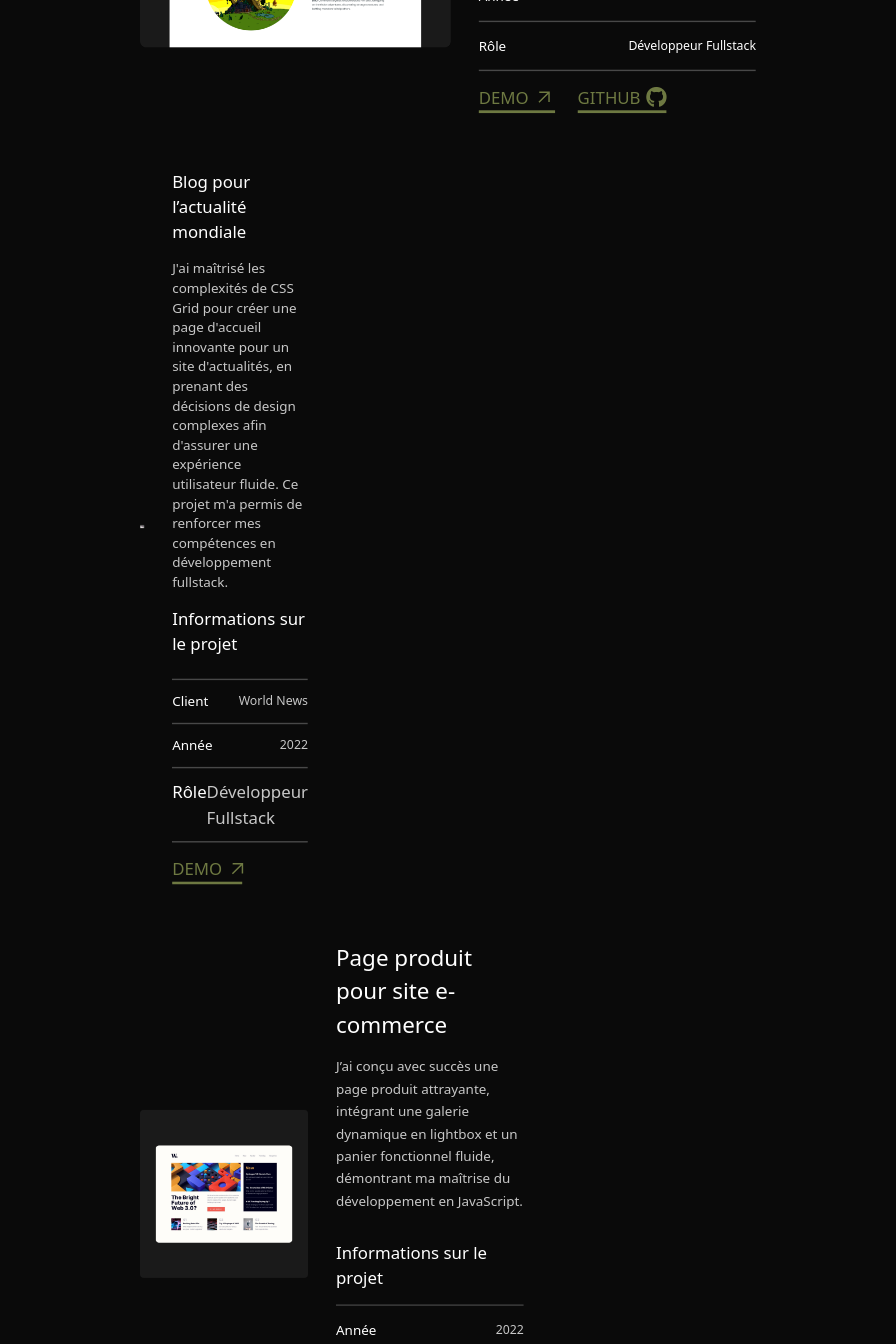
Repository: muslimdrame37-oss/Portfolio1
Page: src/index.html
An editor plug-in stored every save of this project. The page is shown before and after the next save, followed by the edit.
The browser window is 1280 px wide. The pictures show the part of the page from y = 1652 to 3572 px (the page is 6427 px tall before and 6003 px after), at 70% of full size.
Some web fonts or font styles are not loaded; a fallback is used. Some web libraries are served in a nearby version.

Above is the page before, as saved 2026-02-11 16:24:09.

After the next save:
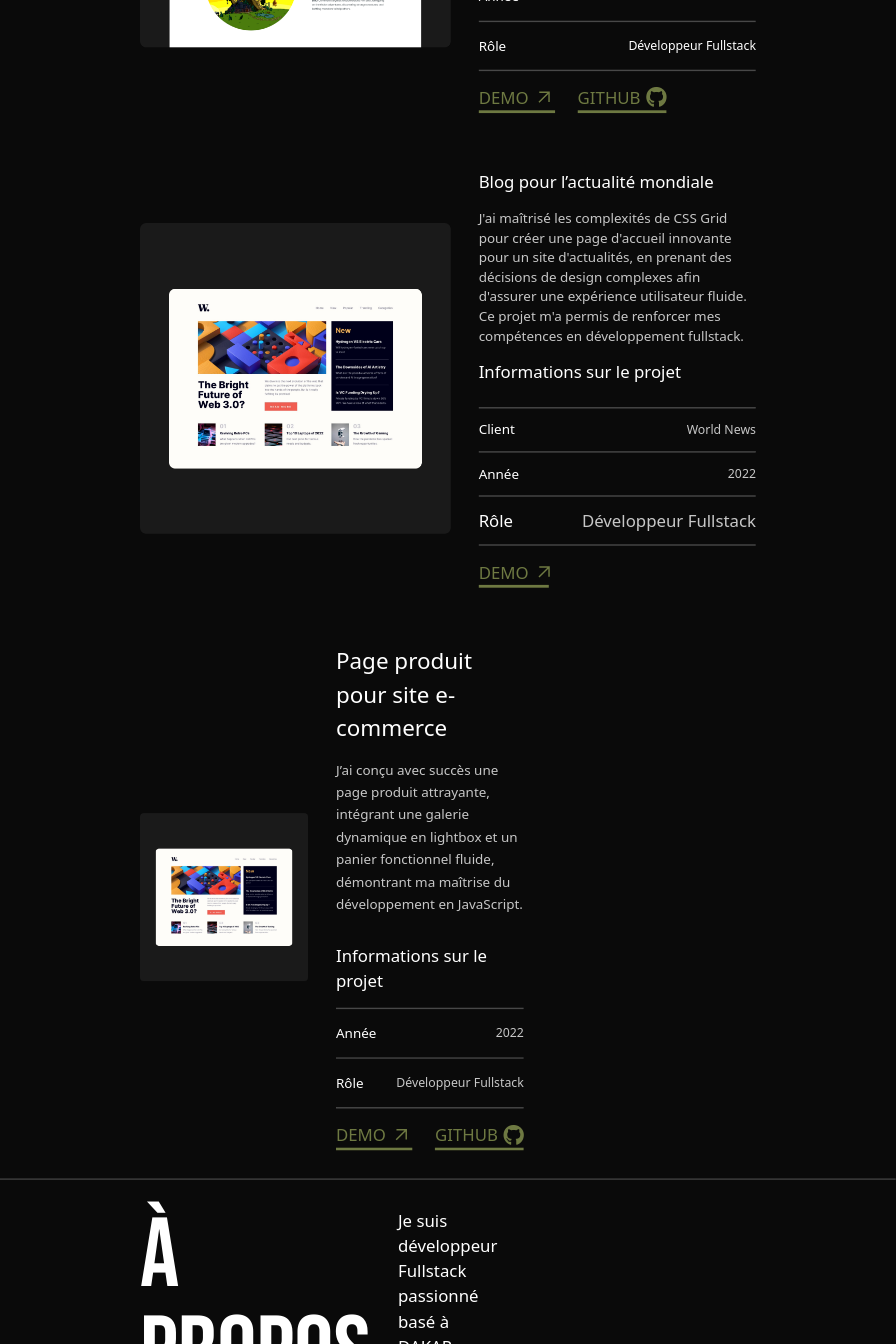
Saved 9 s later.
--- a/src/index.html
+++ b/src/index.html
@@ -150,7 +150,7 @@
 
         <!-- PROJET 2 -->
 
-        <section class="flex flex-col px-8 mt-20 gap-8 lg:gap-10 lg:flex-row lg:px-50 items-center lg:w-1/2">
+        <section class="flex flex-col px-8 mt-20 gap-8 lg:gap-10 lg:flex-row lg:px-50 items-center">
             <div>
                 <img src="image/image3.png" alt="" class="w-4xl">
             </div>
